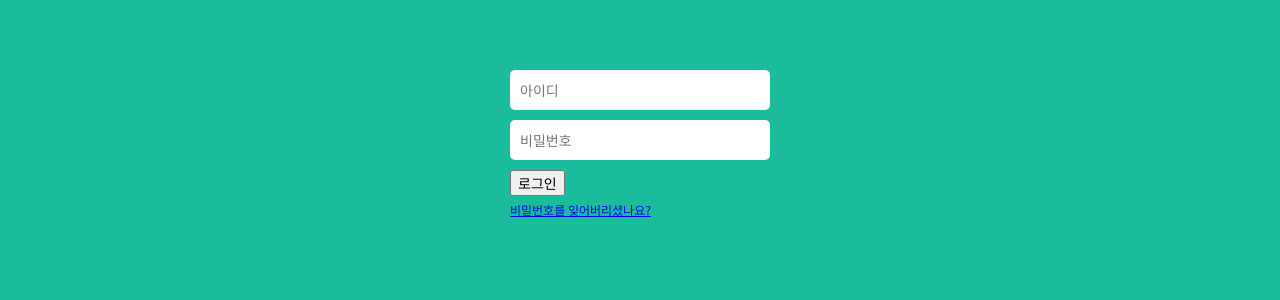
Repository: yesaroun/SS-final-project
Page: http://localhost/codeit-html/login-userlogin.jsp
These files come from the project's save history. The page is drawn as it stood at one moment and after the next save; the edit follows.
The browser window is 1280 px wide. The pictures show the whole page.
The page is served by Tomcat 9.

Above is the page before, as saved 2022-05-26 13:29:42.

### codeit-html/WebContent/login-userlogin.jsp
<%@ page contentType="text/html; charset=UTF-8"%>
<!DOCTYPE html>
<html>
<head>
  <title>로그인</title>
  <meta charset="utf-8">
  <link rel="stylesheet" href="css/userlogin.css">
  <link href="https://fonts.googleapis.com/earlyaccess/notosanskr.css" rel="stylesheet">
</head>
<body>
  <div class="login-form">
    <form>
      <input type="text" name="email" class="text-field" placeholder="아이디">
      <input type="password" name="password" class="text-field" placeholder="비밀번호">
      <input type="submit" value="로그인" class="submit-btn">
    </form>

    <div class="links">
      <a href="#">비밀번호를 잊어버리셨나요?</a>
    </div>
  </div>
</body>
</html>

### codeit-html/WebContent/css/userlogin.css
@charset "UTF-8";
*
{
  box-sizing: border-box;
  font-family: 'Noto Sans KR', sans-serif;
}

body
{
  margin: 0;
  background-color: #1BBC9B;
}

.login-form
{
	width: 300px;
	background-color: #eeff1;
	margin-left: auto;
	margin-right: auto;
	margin-top: 50px;
	border-radius: 5px;
	padding: 20px;
}

.text-field
{
  font-size: 14px;
  width: 100%;
  border: none;
  border-radius: 5px;
  padding: 10px;
  margin-bottom: 10px;
}

.submit-btn {
  font-size: 14px;
}

.links {
}

.links a {
  font-size: 12px;
}

After the next save:
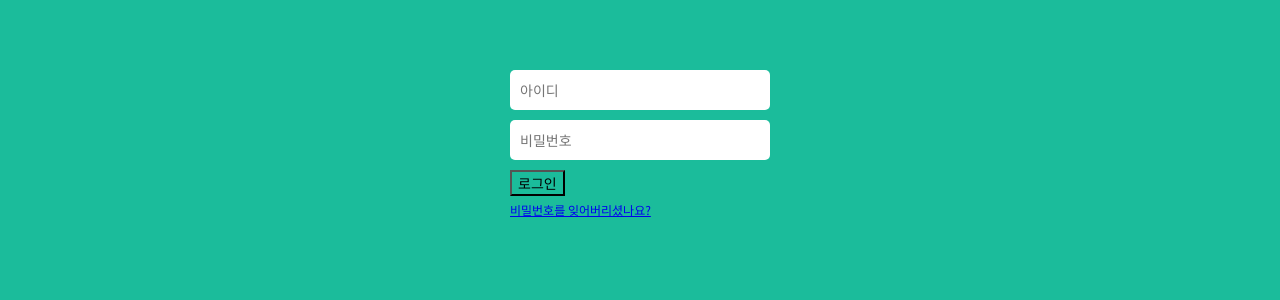
Saved 27 s later.
--- a/codeit-html/WebContent/css/userlogin.css
+++ b/codeit-html/WebContent/css/userlogin.css
@@ -34,6 +34,7 @@ body
 
 .submit-btn {
   font-size: 14px;
+  background-color: #1bbc9b;
 }
 
 .links {
